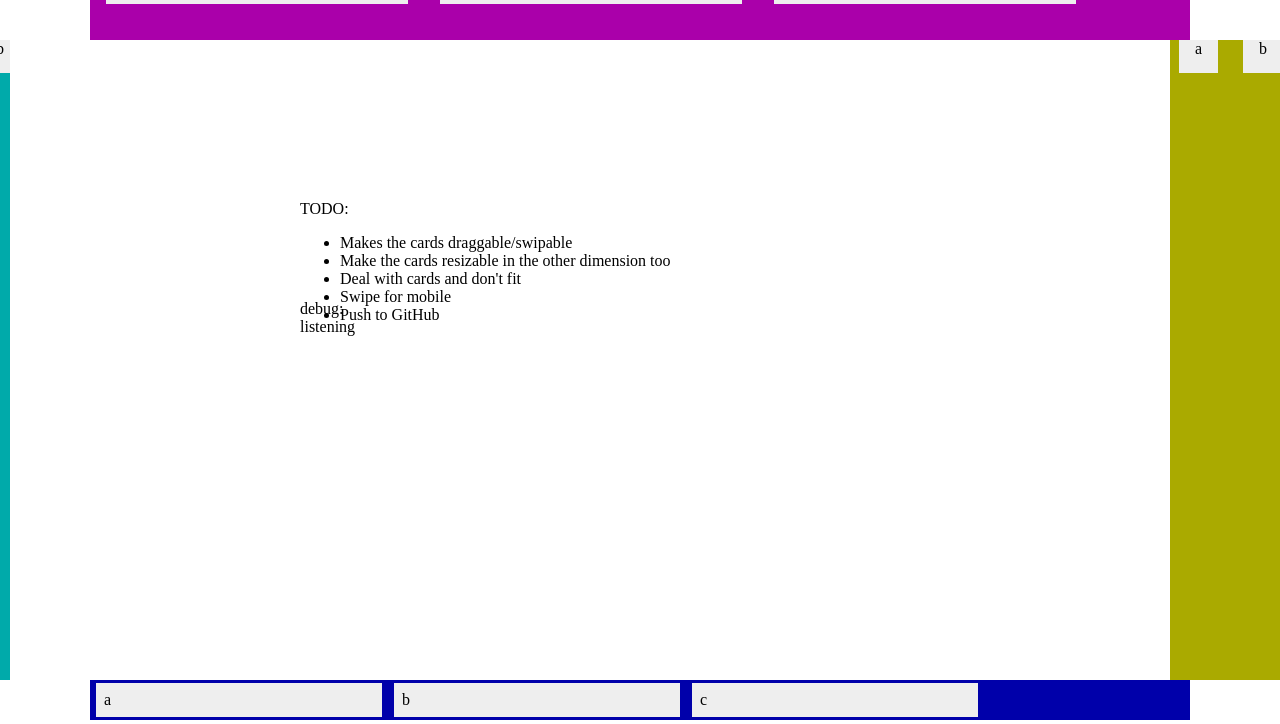
Repository: pnazeran/test
Page: www/gui.html
The author's editor kept a record of every edit. The page is drawn from the files as they stood at one moment, then again after the next edit.
The browser window is 1280 px wide. The pictures show the whole page.
Some web libraries are served in a nearby version.

Above is the page before.

### www/gui.html
<!DOCTYPE html>
<html lang="en">
<head>
    <meta name="viewport" content="user-scalable=no">
    <script src="https://hammerjs.github.io/dist/hammer.min.js"></script>
	<script src="https://ajax.googleapis.com/ajax/libs/angularjs/1.3.2/angular.js"></script>
    <script src="https://code.jquery.com/jquery-2.1.1.js"></script>
    <script src="velocity.min.js"></script>
    <script src="velocity.ui.js"></script>
    <script src="https://www.polymer-project.org/components/webcomponentsjs/webcomponents.js"></script>

    <link rel="import" href="https://www.polymer-project.org/components/paper-shadow/paper-shadow.html">
    <link rel="import" href="https://www.polymer-project.org/components/paper-ripple/paper-ripple.html">
    <script src="gui.js"></script>
</head>
<body ng-app="modone" style="overflow:hidden">
    <div ng-controller="DeskCtrl">
        <pane side='top' init-open='false' height=250 bgc="#a0a" zi=3></pane>
        <pane side='left' init-open='false' width=200 bgc="#0aa" zi=1></pane>
        <pane side='right' init-open='true' width=200 bgc="#aa0" zi=2></pane>
        <pane side='bottom' init-open='true' height=40 bgc="#00a" zi=4></pane>
        <div style="position:absolute;top:200px;left:300px">
            TODO: <br>
            <ul>
                <li>Makes the cards draggable/swipable</li>
                <li>Make the cards resizable in the other dimension too</li>
                <li>Deal with cards and don't fit</li>
                <li>Swipe for mobile</li>
                <li>Push to GitHub</li>
            </ul>
        </div>
        <div id=debug style="position:absolute;top:300px;left:300px">
            debug: <br>
            {{debug}}
        </div>
    </div>
</body>

### www/gui.js
modone = angular.module('modone', [])
    .controller('DeskCtrl', ['$scope', function($scope) {
        $scope.name = 'Desk Controller'
        $scope.skyts = ['a', 'b', 'c']
        $scope.debug='listening'
        $scope.$on('swipeleft', function() {
            $scope.debug= 'swipeleft'
        })
        $scope.$on('swiperight', function() {
            $scope.debug= 'swiperight'
        })
    }])
    .directive('pane', function($rootScope) {
        return {
            link: function(scope, el, attr) {
                var setting = {'border': {'top': 40, 'bottom': 40, 'right': 90, 'left': 90}}
                var width = scope.width || 100
                var height = scope.height || 100
                scope._height = height
                var bgc = scope.bgc || "#aaa"
                var side = scope.side
                scope.skyts = scope.$parent.skyts

                scope.name = 'Pane Directive'
                scope.style3 = {'overflow': 'hidden', 'display': 'inline-block', 'width': '100%', 'height': '100%'}
                scope.style2 = {'position': 'absolute', "background-color": bgc, 'top': '0px', 'bottom': '0px', 'left': (side=='right'?setting.border.right:0) + 'px', 'right': (side=='left'?setting.border.left:0) + 'px'}
                scope.style = {'position': 'absolute', 'z-index': scope.zi}
                if(scope.side == 'left' || scope.side == 'right') {
                    scope.style['top'] = setting.border.top + 'px'
                    scope.style['bottom'] = setting.border.bottom + 'px'
                    scope.style['width'] = width + 'px'
                    scope.style[scope.side] = (scope.initOpen?0:(setting.border[side] + 10 - width)) + 'px'
                }
                if(scope.side == 'top' || scope.side == 'bottom') {
                    scope.style['left'] = setting.border.left + 'px'
                    scope.style['right'] = setting.border.right + 'px'
                    scope.style['height'] = height + 'px'
                    scope.style[scope.side] = (scope.initOpen?0:(setting.border[side] - height)) + 'px'
                }

                var slideIn = function(list, direction, slide) {
                    var seq = []
                    var anim = {'opacity': 0}
                    anim['translate' + direction] = slide + 'px'
                    list.velocity(anim, {'duration': 0})
                    anim['opacity'] = 1
                    anim['translate' + direction] = '0px'
                    for(x in list)
                        seq.push({'elements': list[x], 'properties': anim, 'options': {'duration': 400, 'sequenceQueue': false, 'delay': x * 50}})
                    $.Velocity.RunSequence(seq)
                }
                var o = {'parent': angular.element(el[0]).children()[0]}
                o['child'] = angular.element(o.parent).children()[0]
                o['grandchildren'] = angular.element(angular.element(el[0]).children()[0]).children()[0].children

                var hO = new Hammer(el[0])
                var hI = new Hammer(o.parent)
                hI.on('tap', function(e) {
                    var animation = {}
                    animation[side] = 0
                    if(parseInt($(el[0]).css(side)) >= 0)
                        animation[side] =  setting.border[side] - (side=='top' || side=='bottom'?height:width-10)
                    else
                        slideIn($(o.grandchildren), (side=='top'||side=='bottom'?'Y':'X'), (side=='top'||side=='left'?-80:80))
                    $(el[0]).velocity(animation, {'duration': 200, 'easing': 'easeOutCubic'})
                })
                hI.on('panmove', function(e) {
                    if(parseInt($(el[0]).css(side)) >= 0) {
                        if(side == 'left' || side == 'right')
                            $(el[0]).css('width', Math.max(setting.border[side], width + e.deltaX * (side=='right'?-1:1)) + 'px')
                        else
                            $(el[0]).css('height', Math.max(setting.border[side], height + e.deltaY * (side=='bottom'?-1:1)) + 'px')
                        if(side == 'top' || side == 'bottom')
                            $(o.grandchildren).css('height', Math.max(setting.border[side], height + e.deltaY * (side=='bottom'?-1:1)) - (side=='top'?84:0) - (side=='bottom'?22:0) + 'px')
                    }
                })
                hI.on('panend', function(e) {
                    width = parseInt($(el[0]).css('width'))
                    height = parseInt($(el[0]).css('height'))
                    if(side == 'top' || side == 'bottom')
                        $(o.grandchildren).css('height', height - (side=='top'?84:0) - (side=='bottom'?22:0) + 'px')
                })
                hO.on('swipeleft', function(e) {
                    $rootScope.$broadcast('swipeleft')
                    var animation = {}
                    animation[side] = 0
                    if(side == 'left' || side == 'right') {
                        if(side == 'right')
                            slideIn($(o.grandchildren), (side=='top'||side=='bottom'?'Y':'X'), (side=='top'||side=='left'?-80:80))
                        else
                            animation[side] = 10+ setting.border[side] - (side=='top' || side=='bottom'?height:width)
                        $(el[0]).velocity(animation, {'duration': 200, 'easing': 'easeOutCubic'})
                    }
                })
                hO.on('swiperight', function(e) {
                    $rootScope.$broadcast('swiperight')
                    var animation = {}
                    animation[side] = 0
                    if(side == 'left' || side == 'right') {
                        if(side == 'left')
                            slideIn(o.grandchildren, (side=='top'||side=='bottom'?'Y':'X'), (side=='top'||side=='left'?-80:80))
                        else
                            animation[side] = 10+ setting.border[side] - (side=='top' || side=='bottom'?height:width)
                        $(el[0]).velocity(animation, {'duration': 200, 'easing': 'easeOutCubic'})
                    }
                })

            },
			restrict: 'E',
			replace: true,
			scope: {side: '@',
			        initOpen: '=',
			        width: '=',
			        height: '=',
			        bgc: '@',
			        zi: '='
			    },
		    transclude: true,
			template: '<div ng-style="style">' +
			            '<paper-shadow z="{{zi}}" ng-style="style2">' +
			                '<div ng-style="style3">' +
			                    '<card side="{{side}}" height=167 ng-repeat="skyt in skyts">{{skyt}}</card>' +
			                '</div>' +
			            '</paper-shadow>' +
			          '</div>'
		}
    }).directive('card', function() {
        return {
            link: function(scope, el, attr) {
                var setting = {'border': 40}
                var side = scope.$parent.$parent.side
                var bgc = '#eee'
                scope.height = scope.$parent.$parent._height - (side=='top'?84:0) - (side=='bottom'?22:0)
                scope.style={'padding': '16px'
                            , 'margin-top': '16px'
                            , 'margin-left': '16px'
                            , 'margin-right': '16px'
                            , 'margin-bottom': '16px'
                            , 'background-color': bgc
                }
                if(side == 'top' || side == 'bottom'){
                    scope.style['width'] = '270px'
                    scope.style['height'] = scope.height + 'px'
                    scope.style['display'] = 'inline-block'
                    if(side == 'top')
                        scope.style['margin-bottom'] = setting.border - 3 + 'px'
                    else {
                        scope.style['padding'] = '8px'
                        scope.style['margin-top'] = '3px'
                        scope.style['margin-left'] = '6px'
                        scope.style['margin-right'] = '6px'
                        scope.style['margin-bottom'] = '2px'
                    }
                } else {
                    scope.style['height'] ='24px'
                    if(side == 'right')
                        scope.style['margin-left'] = setting.border - 30 - 1 + 'px'
                    else
                        scope.style['margin-right'] = setting.border - 30 - 1 + 'px'
                }
            },
            restrict: 'E',
            replace: true,
            scope: {},
            transclude: true,
            template: '<paper-shadow z="1" ng-style="style"><ng-transclude></ng-transclude></paper-shadow> '
        }
    })

Loaded but not shown: www/velocity.min.js (library); www/velocity.ui.js (753 lines, source omitted)

After the next edit:
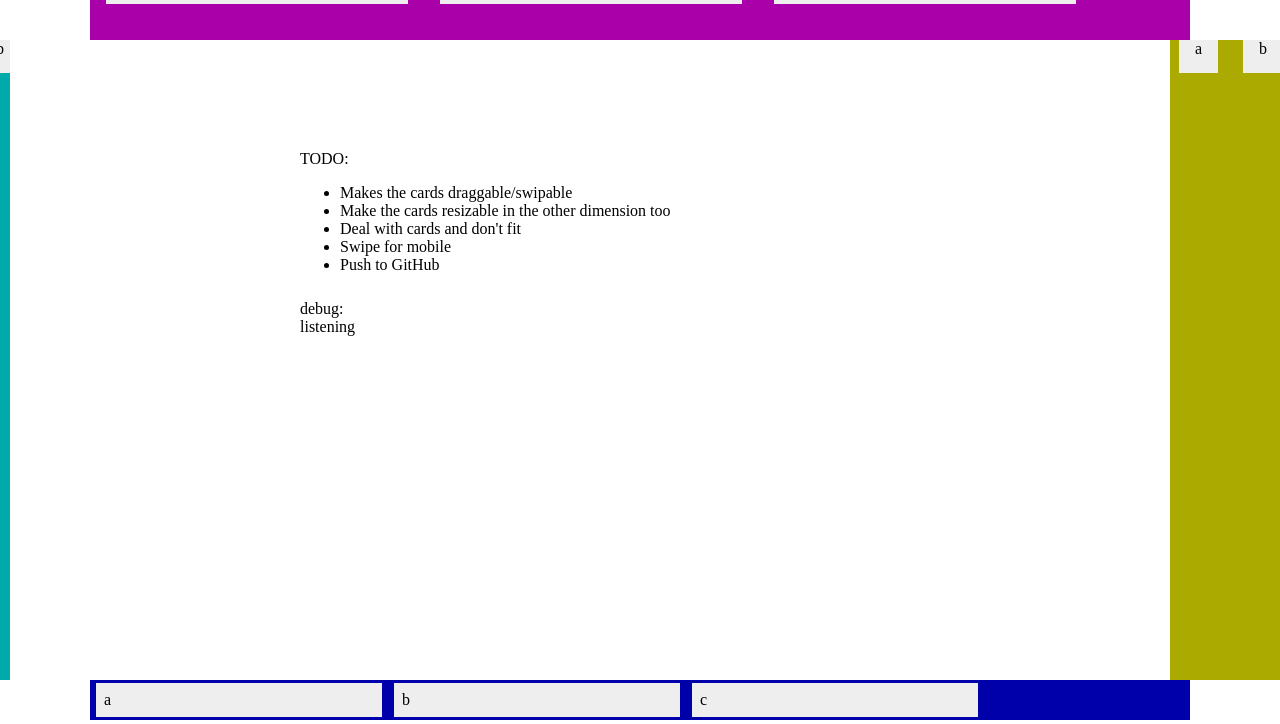
The edit:
--- a/www/gui.html
+++ b/www/gui.html
@@ -19,7 +19,7 @@
         <pane side='left' init-open='false' width=200 bgc="#0aa" zi=1></pane>
         <pane side='right' init-open='true' width=200 bgc="#aa0" zi=2></pane>
         <pane side='bottom' init-open='true' height=40 bgc="#00a" zi=4></pane>
-        <div style="position:absolute;top:200px;left:300px">
+        <div style="position:absolute;top:150px;left:300px">
             TODO: <br>
             <ul>
                 <li>Makes the cards draggable/swipable</li>
